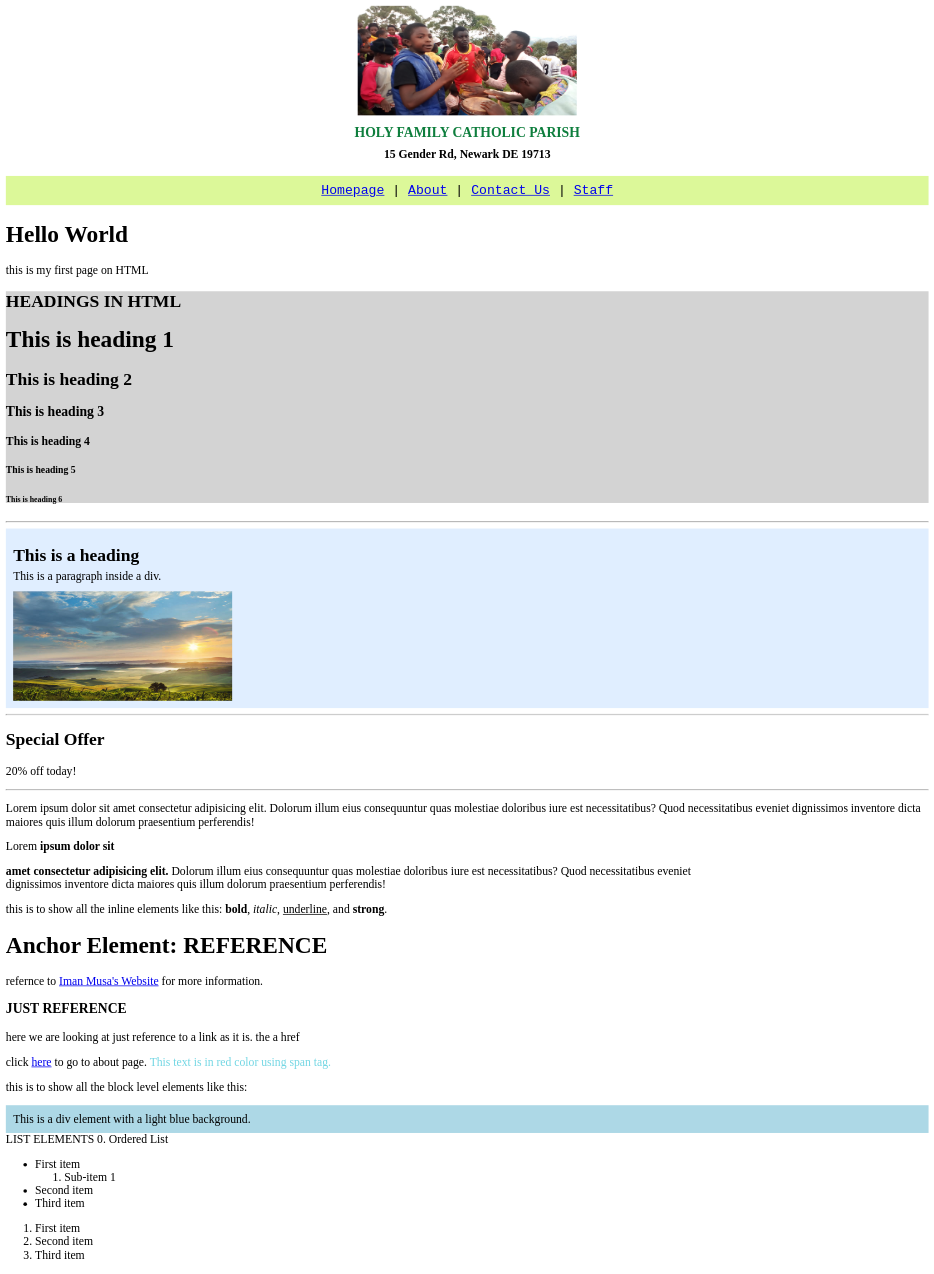
Repository: ficotims/HTML-RESTART
Page: Homepage.html
An editor plug-in stored every save of this project. The page is shown before and after the next save, followed by the edit.
The browser window is 1280 px wide. The pictures show the whole page, at 73% of full size.

Above is the page before, as saved 2026-02-09 07:02:57.

### Homepage.html
<!doctype html>
<html lang="en">
  <head>
    <meta charset="UTF-8" />
    <meta name="viewport" content="width=device-width, initial-scale=1.0" />
    <title>HTML Crash course with Iman Musa</title>
  </head>
  <body>
    <div style="text-align: center;">
      <img
        src="images/Acension.jpg"
        alt="Catholic Church Logo"
        width="300"
        height="150"
      />
    <h3><span style="color: rgb(14, 126, 61);"><div style="line-height: 0;">HOLY FAMILY CATHOLIC PARISH</b></span></h3>
    <H4>15 Gender Rd, Newark DE 19713</H4></div>
    <!-- NAVIGATION SECTION -->
     <div style="background-color: rgb(220, 248, 153); padding: 10px; text-align: center; font-size: 18px; font-family: monospace, Lemon milk;">
    <a href="Homepage.html" target="_top">Homepage</a> |
    <a href="about.html">About</a> | <a href="Contact us.html">Contact Us</a> |
    <a href="staff.html">Staff</a>
     </div>

    <h1>Hello World</h1>
    <p>this is my first page on HTML</p>
    <!-- this is a comment and will not appear on the screen/ page -->
    <!-- let us introduce the headings -->
    <div style="background-color: lightgray; padding: px; text-align: left">
      <h2>HEADINGS IN HTML</h2>
    <h1>This is heading 1</h1>
    <h2>This is heading 2</h2>
    <h3>This is heading 3</h3>
    <h4>This is heading 4</h4>
    <h5>This is heading 5</h5>
    <h6>This is heading 6</h6>
    </div>

    <!-- here we are starting off LEARNING HOW TO USE THE <div> TAG -->
 <hr>
      <div style="background-color: rgb(224, 238, 255); padding: 10px; text-align: left; line-height: 0.5;">
  <h2>This is a heading</h2>
  <p>This is a paragraph inside a div.</p>
  <img src="images/landscape.jpg" alt="Landscape" width="300"
        height="150" />
</div>
<hr>
<div class="highlight-box">
  <h2>Special Offer</h2>
  <p>20% off today!</p>
</div>
<hr>


    <!-- thi is for paragraphs now -->
    <p>
      Lorem ipsum dolor sit amet consectetur adipisicing elit. Dolorum illum
      eius consequuntur quas molestiae doloribus iure est necessitatibus? Quod
      necessitatibus eveniet dignissimos inventore dicta maiores quis illum
      dolorum praesentium perferendis!
    </p>

    <p>
      Lorem <b>ipsum dolor sit <div>amet consectetur adipisicing elit.</b> Dolorum
      illum eius consequuntur quas molestiae doloribus iure est necessitatibus?
      Quod necessitatibus eveniet </div>dignissimos inventore dicta maiores quis illum
      dolorum praesentium perferendis!
    </p>


    <!-- this is for inline leve elements -->

    <p>
      this is to show all the inline elements like this: <b>bold</b>,
      <i>italic</i>, <u>underline</u>, and <strong>strong</strong>.
      <br />

      <!-- using the other inline elements: Anchor Elements (which are just links) -->
    </p>
    <h1>Anchor Element: REFERENCE</h1>
    refernce to
    <a href="https://www.google.com" target="_blank">Iman Musa's Website</a> for
    more information.
    <h3>JUST REFERENCE</h3>
    <p>here we are looking at just reference to a link as it is. the a href</p>
    click <a href="about.html" target="_blank">here</a> to go to about page.

    <!-- SPAN ELEMENT -->
    <span style="color: rgba(31, 190, 211, 0.63)">This text is in red color using span tag.</span>
    <p>
      <!-- now let us introduce the block level elements -->
      this is to show all the block level elements like this:
    </p>

    <div style="background-color: lightblue; padding: 10px">
      This is a div element with a light blue background.
    </div>

    <!-- this is LIST -->
<hi2>LIST ELEMENTS</h2>

    0. Ordered List

    <ul>
      <li>First item</li>
      <ol><li>Sub-item 1</li></ol>
      <li>Second item</li>
      <li>Third item</li>
    </ul>

    <ol>
      <li>First item</li>
      <li>Second item</li>
      <li>Third item</li>
    </ol>
  </body>
</html>

After the next save:
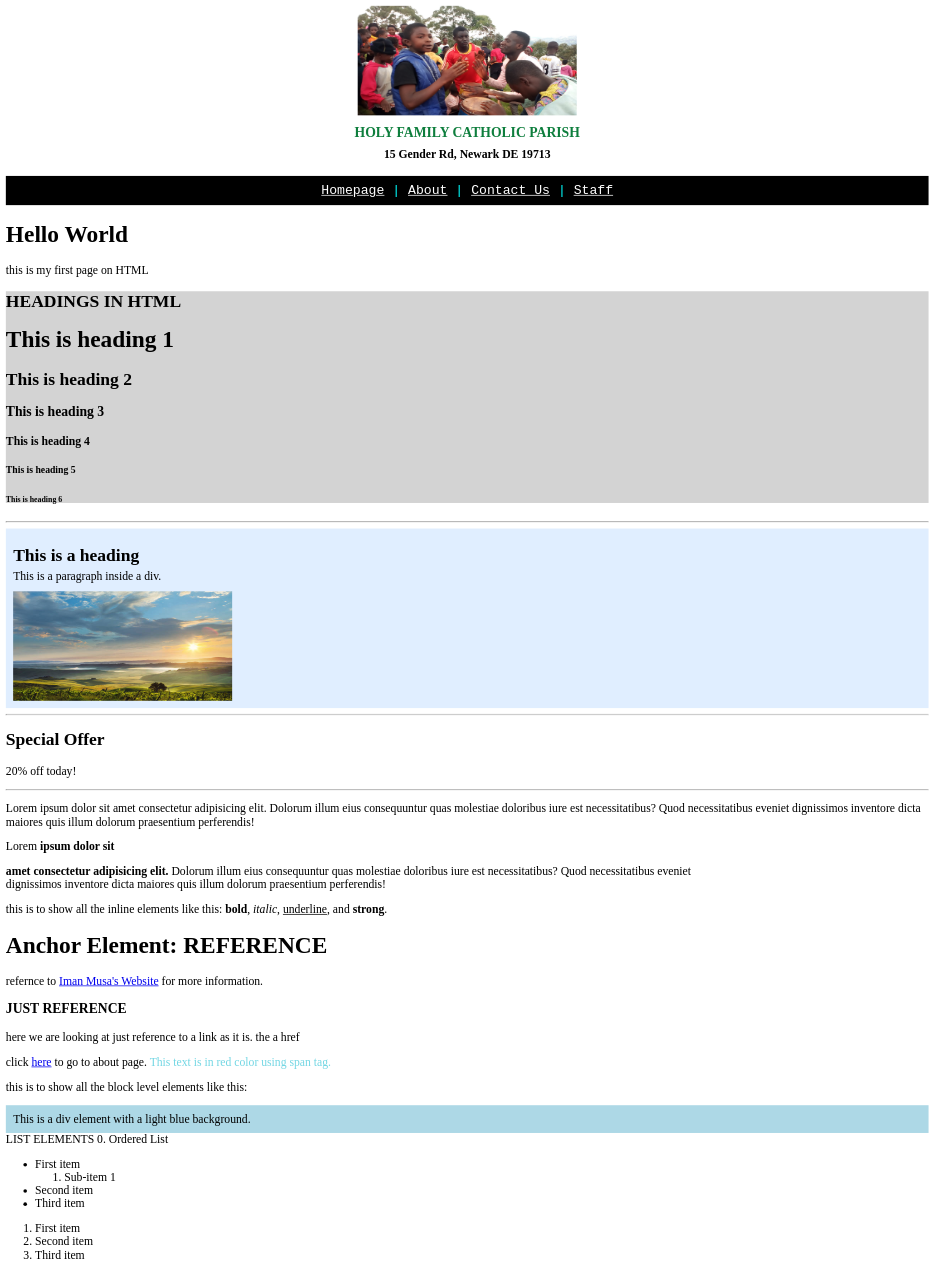
Saved 26 h 53 min later.
--- a/Homepage.html
+++ b/Homepage.html
@@ -16,10 +16,10 @@
     <h3><span style="color: rgb(14, 126, 61);"><div style="line-height: 0;">HOLY FAMILY CATHOLIC PARISH</b></span></h3>
     <H4>15 Gender Rd, Newark DE 19713</H4></div>
     <!-- NAVIGATION SECTION -->
-     <div style="background-color: rgb(220, 248, 153); padding: 10px; text-align: center; font-size: 18px; font-family: monospace, Lemon milk;">
-    <a href="Homepage.html" target="_top">Homepage</a> |
-    <a href="about.html">About</a> | <a href="Contact us.html">Contact Us</a> |
-    <a href="staff.html">Staff</a>
+        <div style="background-color: rgb(0, 0, 0); padding: 10px; text-align: center; color: aqua; font-size: 18px; font-family: monospace, Lemon milk;">
+    <a href="Homepage.html" target="_top" style="color: white;">Homepage</a> |
+    <a href="about.html" style="color: white;">About</a> | <a href="Contact us.html" style="color: white;">Contact Us</a> |
+    <a href="staff.html" style="color: white;">Staff</a>
      </div>
 
     <h1>Hello World</h1>
